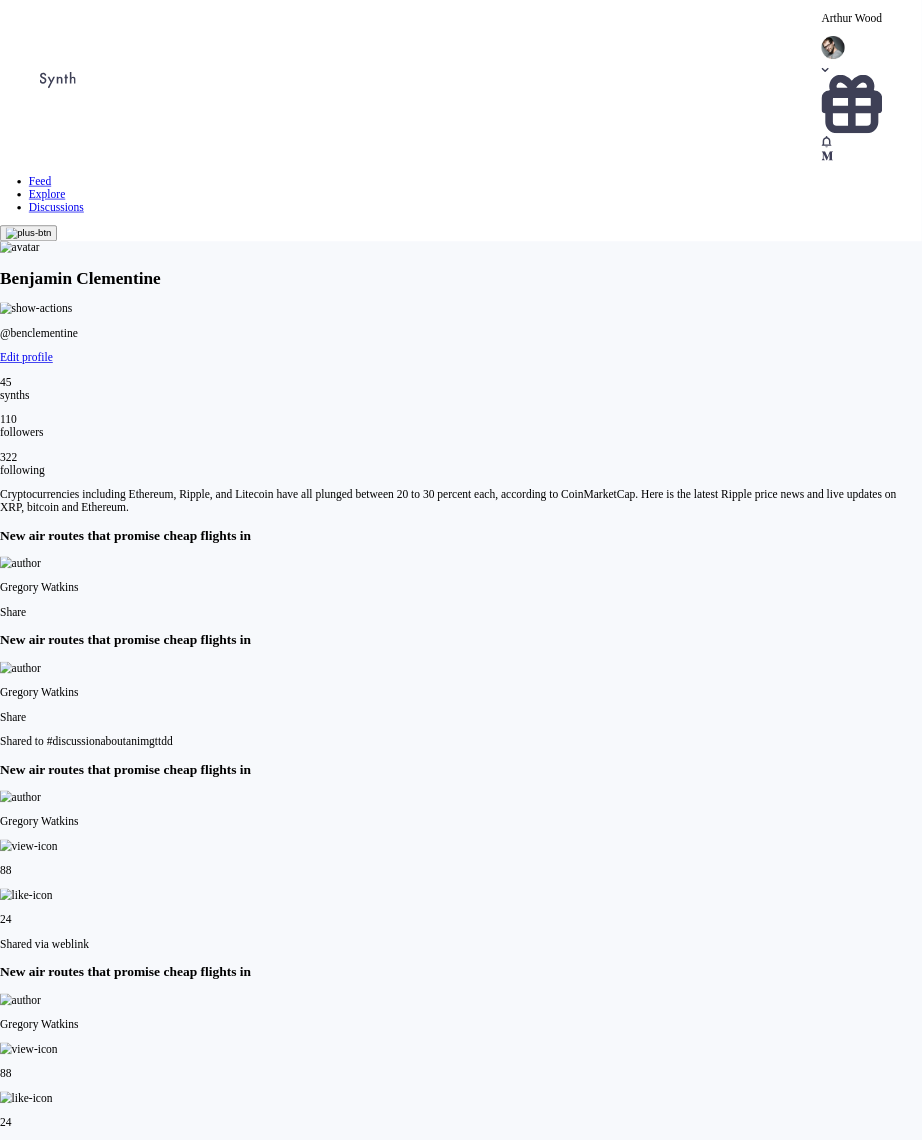
Repository: ecspetra/swivl-test-task
Page: index.html
The author's editor kept a copy of each file at every save. The page is drawn from the files as they stood at one save, then again after the next save.
The browser window is 1280 px wide. The pictures show the whole page, at 72% of full size.
The style sheet was rebuilt from its Sass, Less or Tailwind sources for each picture, by a compiler version that may differ from the author's.

Above is the page before, as saved 2021-12-09 21:48:59.

### index.html
<!DOCTYPE html>
<html lang="en">

<head>
    <meta charset="UTF-8">
    <meta http-equiv="X-UA-Compatible" content="IE=edge">
    <meta name="viewport" content="width=device-width, initial-scale=1.0">
    <link rel="stylesheet" href="css/style.css">
    <link rel="preconnect" href="https://fonts.googleapis.com">
    <link rel="preconnect" href="https://fonts.gstatic.com" crossorigin>
    <link
        href="https://fonts.googleapis.com/css2?family=Montserrat:wght@400;600&family=Open+Sans:wght@400;600;700&display=swap"
        rel="stylesheet">
    <title>Synth User Profile</title>
</head>

<body>
    <header>
        <div class="header">
            <div class="header__logo-wrapper">
                <img class="header__logo" src="img/synth-logotype.svg" alt="synth-logotype">
            </div>
            <div class="header__profile">
                <div class="header__user">
                    <p class="header__username">Arthur Wood</p>
                    <div class="header__avatar-wrapper">
                        <img class="header__avatar" src="img/header__avatar.png" alt="avatar">
                    </div>
                    <div class="header__arrow-wrapper">
                        <svg class="header__arrow" width="10" height="6" viewBox="0 0 10 6" fill="none"
                            xmlns="http://www.w3.org/2000/svg">
                            <path d="M1 1L5 5L9 1" stroke="#3E4056" stroke-width="2" stroke-linecap="round"
                                stroke-linejoin="round" />
                        </svg>
                    </div>
                </div>
                <div class="header__icons">
                    <div class="header__share-wrapper">
                        <svg class="header__share" id="b2f878dd-77d2-4c09-b9a4-707f73bc2f55" data-name="Слой 1"
                            xmlns="http://www.w3.org/2000/svg" viewBox="0 0 16 15.42">
                            <defs>
                                <style>
                                    .bae8df2b-01c6-49e5-bc60-1f7b441e47a7 {
                                        fill: #3e4056;
                                    }
                                </style>
                            </defs>
                            <g id="b9b9b8c9-97a8-42bd-8cda-88f7a0d50de3" data-name="Rectangle 10">
                                <path class="bae8df2b-01c6-49e5-bc60-1f7b441e47a7"
                                    d="M12,15.42H4a3,3,0,0,1-3-3v-6a3,3,0,0,1,3-3h8a3,3,0,0,1,3,3v6A3,3,0,0,1,12,15.42Zm-8-10a1,1,0,0,0-1,1v6a1,1,0,0,0,1,1h8a1,1,0,0,0,1-1v-6a1,1,0,0,0-1-1Z" />
                            </g>
                            <g id="ac1fcabc-fe41-4ad4-8f2c-08a9574db54f" data-name="Oval 6 Copy 3">
                                <path class="bae8df2b-01c6-49e5-bc60-1f7b441e47a7"
                                    d="M5.56,6.07a4.5,4.5,0,0,1-1.48-.24A3.16,3.16,0,0,1,2.34,4.28,2.93,2.93,0,0,1,2.21,2,3,3,0,0,1,6.13.19a4.73,4.73,0,0,1,2,1.52,2.74,2.74,0,0,1,.64,2.64C8.35,5.56,6.89,6.07,5.56,6.07ZM5.05,2a1,1,0,0,0-1,.64.94.94,0,0,0,0,.75A1.09,1.09,0,0,0,4.77,4a2.41,2.41,0,0,0,2.14-.28A1.13,1.13,0,0,0,6.58,3a2.88,2.88,0,0,0-1.13-.88A1.09,1.09,0,0,0,5.05,2Z" />
                            </g>
                            <g id="abe7f8d5-9a70-44fc-800c-0d9336f48a5e" data-name="Oval 6 Copy 4">
                                <path class="bae8df2b-01c6-49e5-bc60-1f7b441e47a7"
                                    d="M10.44,6.07c-1.33,0-2.79-.51-3.23-1.72a2.74,2.74,0,0,1,.64-2.64,4.73,4.73,0,0,1,2-1.52A3,3,0,0,1,13.79,2a3.05,3.05,0,0,1-1.87,3.87A4.5,4.5,0,0,1,10.44,6.07ZM11,2a1.09,1.09,0,0,0-.4.07A2.88,2.88,0,0,0,9.42,3a1.13,1.13,0,0,0-.33.72A2.42,2.42,0,0,0,11.23,4h0a1,1,0,0,0,.68-1.31A1,1,0,0,0,11,2Z" />
                            </g>
                            <g id="ba091cbe-8ec9-403f-a7b6-b61023df330d" data-name="Rectangle 11">
                                <rect class="bae8df2b-01c6-49e5-bc60-1f7b441e47a7" x="7" y="4.42" width="2"
                                    height="10" />
                            </g>
                            <path class="bae8df2b-01c6-49e5-bc60-1f7b441e47a7"
                                d="M14,4.12H2a2,2,0,0,0-2,2v3a1,1,0,0,0,1,1H15a1,1,0,0,0,1-1v-3A2,2,0,0,0,14,4.12Zm0,4.06H2V6.12H14Z" />
                        </svg>
                    </div>
                    <div class="header__notifications-wrapper">
                        <svg class="header__notifications" width="14" height="16" viewBox="0 0 14 16" fill="none"
                            xmlns="http://www.w3.org/2000/svg">
                            <mask id="path-1-inside-1_0_47" fill="white">
                                <path fill-rule="evenodd" clip-rule="evenodd"
                                    d="M8.64706 14.4C8.64706 15.28 7.90588 16 7 16C6.09412 16 5.35294 15.28 5.35294 14.4H6.64706H7H7.35294H8.64706ZM7 3.51197L6.2133 3.69304C4.69773 4.04187 3.64706 5.33599 3.64706 6.8V11.2V11.6H11.9644L12.3529 11.2L12.7647 11.6L14 12.8V13.6H13.2229H12H11.9532H2.04679H2H0.777143H0V12.8L1.23529 11.6L1.64706 11.2V6.8C1.64706 4.344 3.40118 2.288 5.76471 1.744V1.2C5.76471 0.536 6.31647 0 7 0C7.68353 0 8.23529 0.536 8.23529 1.2V1.744C10.5988 2.288 12.3529 4.344 12.3529 6.8V11.2H10.3529V6.8C10.3529 5.33599 9.30227 4.04187 7.7867 3.69304L7 3.51197Z" />
                            </mask>
                            <path
                                d="M8.64706 14.4H10.6471V12.4H8.64706V14.4ZM5.35294 14.4V12.4H3.35294V14.4H5.35294ZM6.2133 3.69304L6.6619 5.64208H6.6619L6.2133 3.69304ZM7 3.51197L7.4486 1.56293L7 1.45968L6.5514 1.56293L7 3.51197ZM3.64706 11.6H1.64706V13.6H3.64706V11.6ZM11.9644 11.6V13.6H12.8098L13.3989 12.9936L11.9644 11.6ZM12.7647 11.6L11.3711 13.0346L12.7647 11.6ZM14 12.8H16V11.9545L15.3936 11.3654L14 12.8ZM14 13.6V15.6H16V13.6H14ZM0 13.6H-2V15.6H0V13.6ZM0 12.8L-1.39357 11.3654L-2 11.9545V12.8H0ZM1.23529 11.6L-0.158278 10.1654H-0.158278L1.23529 11.6ZM1.64706 11.2L3.04063 12.6346L3.64706 12.0455V11.2H1.64706ZM5.76471 1.744L6.2133 3.69304L7.76471 3.33596V1.744H5.76471ZM8.23529 1.744H6.23529V3.33596L7.78669 3.69304L8.23529 1.744ZM10.3529 11.2H8.35294V13.2H10.3529V11.2ZM7.7867 3.69304L7.3381 5.64208H7.3381L7.7867 3.69304ZM7 18C8.95541 18 10.6471 16.4388 10.6471 14.4H6.64706C6.64706 14.1212 6.85636 14 7 14V18ZM3.35294 14.4C3.35294 16.4388 5.04459 18 7 18V14C7.14364 14 7.35294 14.1212 7.35294 14.4H3.35294ZM6.64706 12.4H5.35294V16.4H6.64706V12.4ZM7 12.4H6.64706V16.4H7V12.4ZM7.35294 12.4H7V16.4H7.35294V12.4ZM8.64706 12.4H7.35294V16.4H8.64706V12.4ZM6.6619 5.64208L7.4486 5.46101L6.5514 1.56293L5.76471 1.744L6.6619 5.64208ZM5.64706 6.8C5.64706 6.32045 6.00193 5.79398 6.6619 5.64208L5.76471 1.744C3.39352 2.28976 1.64706 4.35153 1.64706 6.8H5.64706ZM5.64706 11.2V6.8H1.64706V11.2H5.64706ZM5.64706 11.6V11.2H1.64706V11.6H5.64706ZM11.9644 9.6H3.64706V13.6H11.9644V9.6ZM10.9184 9.80643L10.5298 10.2064L13.3989 12.9936L13.7875 12.5936L10.9184 9.80643ZM14.1583 10.1654L13.7465 9.76544L10.9594 12.6346L11.3711 13.0346L14.1583 10.1654ZM15.3936 11.3654L14.1583 10.1654L11.3711 13.0346L12.6064 14.2346L15.3936 11.3654ZM16 13.6V12.8H12V13.6H16ZM13.2229 15.6H14V11.6H13.2229V15.6ZM12 15.6H13.2229V11.6H12V15.6ZM11.9532 15.6H12V11.6H11.9532V15.6ZM2.04679 15.6H11.9532V11.6H2.04679V15.6ZM2 15.6H2.04679V11.6H2V15.6ZM0.777143 15.6H2V11.6H0.777143V15.6ZM0 15.6H0.777143V11.6H0V15.6ZM-2 12.8V13.6H2V12.8H-2ZM-0.158278 10.1654L-1.39357 11.3654L1.39357 14.2346L2.62887 13.0346L-0.158278 10.1654ZM0.253487 9.76544L-0.158278 10.1654L2.62887 13.0346L3.04063 12.6346L0.253487 9.76544ZM-0.352941 6.8V11.2H3.64706V6.8H-0.352941ZM5.31611 -0.20504C2.10462 0.534128 -0.352941 3.35201 -0.352941 6.8H3.64706C3.64706 5.33599 4.69773 4.04187 6.2133 3.69304L5.31611 -0.20504ZM3.76471 1.2V1.744H7.76471V1.2H3.76471ZM7 -2C5.26695 -2 3.76471 -0.622824 3.76471 1.2H7.76471C7.76471 1.69482 7.36599 2 7 2V-2ZM10.2353 1.2C10.2353 -0.622824 8.73305 -2 7 -2V2C6.63401 2 6.23529 1.69482 6.23529 1.2H10.2353ZM10.2353 1.744V1.2H6.23529V1.744H10.2353ZM14.3529 6.8C14.3529 3.35201 11.8954 0.534128 8.68389 -0.20504L7.78669 3.69304C9.30227 4.04187 10.3529 5.33599 10.3529 6.8H14.3529ZM14.3529 11.2V6.8H10.3529V11.2H14.3529ZM10.3529 13.2H12.3529V9.2H10.3529V13.2ZM8.35294 6.8V11.2H12.3529V6.8H8.35294ZM7.3381 5.64208C7.99807 5.79398 8.35294 6.32045 8.35294 6.8H12.3529C12.3529 4.35153 10.6065 2.28976 8.23529 1.744L7.3381 5.64208ZM6.5514 5.46101L7.3381 5.64208L8.23529 1.744L7.4486 1.56293L6.5514 5.46101Z"
                                fill="#3E4056" mask="url(#path-1-inside-1_0_47)" />
                        </svg>
                    </div>
                    <div class="header__medium-wrapper">
                        <svg class="header__medium" width="16" height="13" viewBox="0 0 16 13" fill="none"
                            xmlns="http://www.w3.org/2000/svg">
                            <path
                                d="M1.89729 2.65197C1.91717 2.45096 1.84227 2.25228 1.69561 2.11699L0.201681 0.275132V0H4.84034L8.42577 8.04762L11.578 0H16V0.275132L14.7227 1.52851C14.6126 1.61442 14.5579 1.75561 14.5808 1.89536V11.1046C14.5579 11.2444 14.6126 11.3856 14.7227 11.4715L15.9701 12.7249V13H9.69561V12.7249L10.9879 11.4409C11.1148 11.311 11.1148 11.2728 11.1148 11.0741V3.63022L7.52194 12.9694H7.03641L2.85341 3.63022V9.88948C2.81853 10.1526 2.90393 10.4176 3.08497 10.6079L4.76564 12.6943V12.9694H0V12.6943L1.68067 10.6079C1.86039 10.4173 1.94081 10.1506 1.89729 9.88948V2.65197Z"
                                fill="#3E3F58" />
                        </svg>

                    </div>
                </div>
            </div>
        </div>
        <div class="header__navigation-wrapper">
            <nav class="header__navigation">
                <ul>
                    <li><a href="#">Feed</a></li>
                    <li><a href="#">Explore</a></li>
                    <li><a href="#">Discussions</a></li>
                </ul>
            </nav>
        </div>
        <button class="header__btn-wrapper">
            <img class="header__btn" src="" alt="plus-btn">
        </button>
    </header>
    <main>
        <section>
            <div class="profile">
                <div class="profile__user-details">
                    <div class="profile__general">
                        <div class="profile__avatar-wrapper">
                            <img class="profile__avatar" src="" alt="avatar">
                        </div>
                        <div class="profile__name-wrapper">
                            <h2 class="profile__name">Benjamin Clementine</h2>
                            <div class="profile__dots-wrapper">
                                <img class="profile__dots" src="" alt="show-actions">
                            </div>
                        </div>
                        <p class="profile__instagram">@benclementine</p>
                        <a class="profile__edit-btn" href="#">Edit profile</a>
                    </div>
                    <div class="profile__statistics">
                        <p class="profile__synths"><span>45</span><br>synths</p>
                        <p class="profile__followers"><span>110</span><br>followers</p>
                        <p class="profile__following"><span>322</span><br>following</p>
                    </div>
                    <p class="profile__description">Cryptocurrencies including Ethereum, Ripple, and Litecoin have all
                        plunged between 20 to 30 percent each, according to CoinMarketCap. Here is the latest Ripple
                        price news and live updates on XRP, bitcoin and Ethereum.</p>
                </div>

                <div class="profile__switcher"></div>

                <div class="profile__cards-wrapper">
                    <article class="profile-card">
                        <h1 class="profile-card__headline">New air routes that promise cheap flights in</h1>
                        <div class="profile-card__bottom">
                            <div class="profile-card__author-wrapper">
                                <div class="profile-card__author-photo">
                                    <img class="profile-card__author" src="" alt="author">
                                </div>
                                <p class="profile-card__author-name">Gregory Watkins</p>
                            </div>
                            <div class="profile-card__actions-wrapper">
                                <div class="profile-card__share-wrapper">
                                    <p class="profile-card__share-link">Share</p>
                                </div>
                            </div>
                        </div>
                    </article>
                    <article class="profile-card">
                        <h1 class="profile-card__headline">New air routes that promise cheap flights in</h1>
                        <div class="profile-card__bottom">
                            <div class="profile-card__author-wrapper">
                                <div class="profile-card__author-photo">
                                    <img class="profile-card__author" src="" alt="author">
                                </div>
                                <p class="profile-card__author-name">Gregory Watkins</p>
                            </div>
                            <div class="profile-card__actions-wrapper">
                                <div class="profile-card__share-wrapper">
                                    <p class="profile-card__share-link">Share</p>
                                </div>
                            </div>
                        </div>
                    </article>
                    <article class="profile-card">
                        <p class="profile-card__top">Shared to <span>#discussionaboutanimgttdd</span></p>
                        <h1 class="profile-card__headline">New air routes that promise cheap flights in</h1>
                        <div class="profile-card__bottom">
                            <div class="profile-card__author-wrapper">
                                <div class="profile-card__author-photo">
                                    <img class="profile-card__author" src="" alt="author">
                                </div>
                                <p class="profile-card__author-name">Gregory Watkins</p>
                            </div>
                            <div class="profile-card__actions-wrapper">
                                <div class="profile-card__icon-wrapper">
                                    <img class="profile-card__view-icon" src="" alt="view-icon">
                                    <p class="profile-card__icon-counter">88</p>
                                </div>
                                <div class="profile-card__icon-wrapper">
                                    <img class="profile-card__like-icon" src="" alt="like-icon">
                                    <p class="profile-card__icon-counter">24</p>
                                </div>
                            </div>
                        </div>
                    </article>
                    <article class="profile-card">
                        <p class="profile-card__top weblink-shared">Shared via weblink</p>
                        <h1 class="profile-card__headline">New air routes that promise cheap flights in</h1>
                        <div class="profile-card__bottom">
                            <div class="profile-card__author-wrapper">
                                <div class="profile-card__author-photo">
                                    <img class="profile-card__author" src="" alt="author">
                                </div>
                                <p class="profile-card__author-name">Gregory Watkins</p>
                            </div>
                            <div class="profile-card__actions-wrapper">
                                <div class="profile-card__icon-wrapper">
                                    <img class="profile-card__view-icon" src="" alt="view-icon">
                                    <p class="profile-card__icon-counter">88</p>
                                </div>
                                <div class="profile-card__icon-wrapper">
                                    <img class="profile-card__like-icon" src="" alt="like-icon">
                                    <p class="profile-card__icon-counter">24</p>
                                </div>
                            </div>
                        </div>
                    </article>
                </div>
            </div>
        </section>
    </main>

</body>

</html>

### scss/style.scss
$bg-color: #f7f9fc;

body {
  width: 100%;
  height: auto;
  margin: 0;
  padding: 0;
  background-color: $bg-color;
}

* {
  -webkit-box-sizing: border-box;
  box-sizing: border-box;
}

header {
  width: 100%;
  background-color: #ffffff;
}
main,
section {
  width: 100%;
}
.header {
  max-width: 1218px;
  padding: 0 24px;
  margin: 0 auto;
  display: -webkit-box;
  display: -ms-flexbox;
  display: flex;
  -webkit-box-orient: horizontal;
  -webkit-box-direction: normal;
  -ms-flex-direction: row;
  flex-direction: row;
  -webkit-box-pack: justify;
  -ms-flex-pack: justify;
  justify-content: space-between;
  -webkit-box-align: center;
  -ms-flex-align: center;
  align-items: center;
}
.header__logo-wrapper {
}
.header__logo {
}
.header__profile {
}
.header__user {
}
.header__username {
}
.header__avatar-wrapper {
}
.header__avatar {
}
.header__arrow-wrapper {
}
.header__arrow {
}
.header__icons {
}
.header__share-wrapper {
}
.header__share {
}
.header__notifications-wrapper {
}
.header__notifications {
}
.header__medium-wrapper {
}
.header__medium {
}
.header__navigation-wrapper {
}
.header__navigation {
}
.header__btn-wrapper {
}
.header__btn {
}
.profile {
}
.profile__user-details {
}
.profile__general {
}
.profile__avatar-wrapper {
}
.profile__avatar {
}
.profile__name-wrapper {
}
.profile__name {
}
.profile__dots-wrapper {
}
.profile__dots {
}
.profile__instagram {
}
.profile__edit-btn {
}
.profile__statistics {
}
.profile__synths {
}
.profile__followers {
}
.profile__following {
}
.profile__description {
}
.profile__switcher {
}
.profile__cards-wrapper {
}
.profile-card {
}
.profile-card__headline {
}
.profile-card__bottom {
}
.profile-card__author-wrapper {
}
.profile-card__author-photo {
}
.profile-card__author {
}
.profile-card__author-name {
}
.profile-card__actions-wrapper {
}
.profile-card__share-wrapper {
}
.profile-card__share-link {
}
.profile-card__top {
}
.profile-card__icon-wrapper {
}
.profile-card__view-icon {
}
.profile-card__icon-counter {
}
.profile-card__like-icon {
}
.weblink-shared {
}

After the next save:
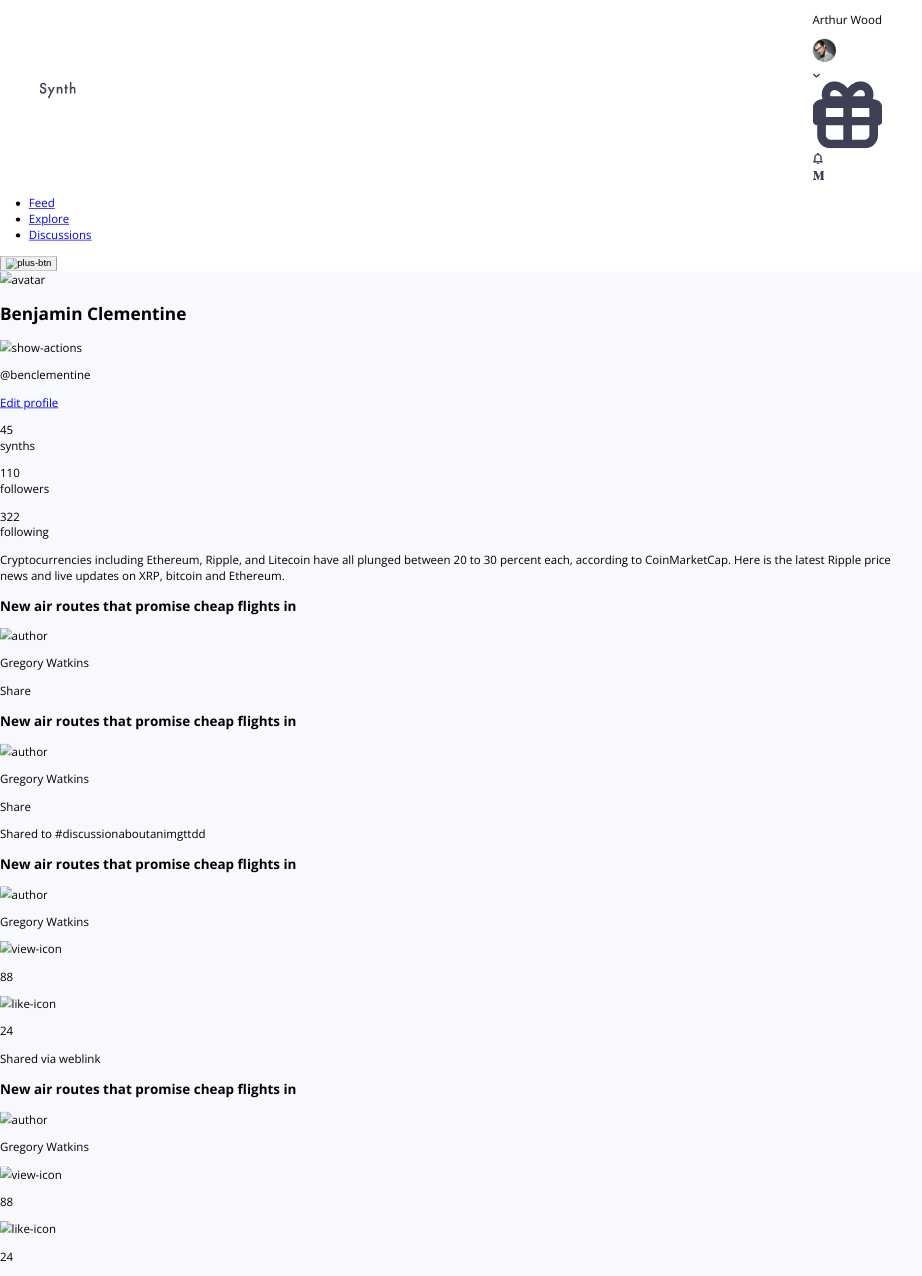
Saved 18 s later.
--- a/scss/style.scss
+++ b/scss/style.scss
@@ -6,6 +6,7 @@ body {
   margin: 0;
   padding: 0;
   background-color: $bg-color;
+  font-family: "Open Sans", sans-serif;
 }
 
 * {
